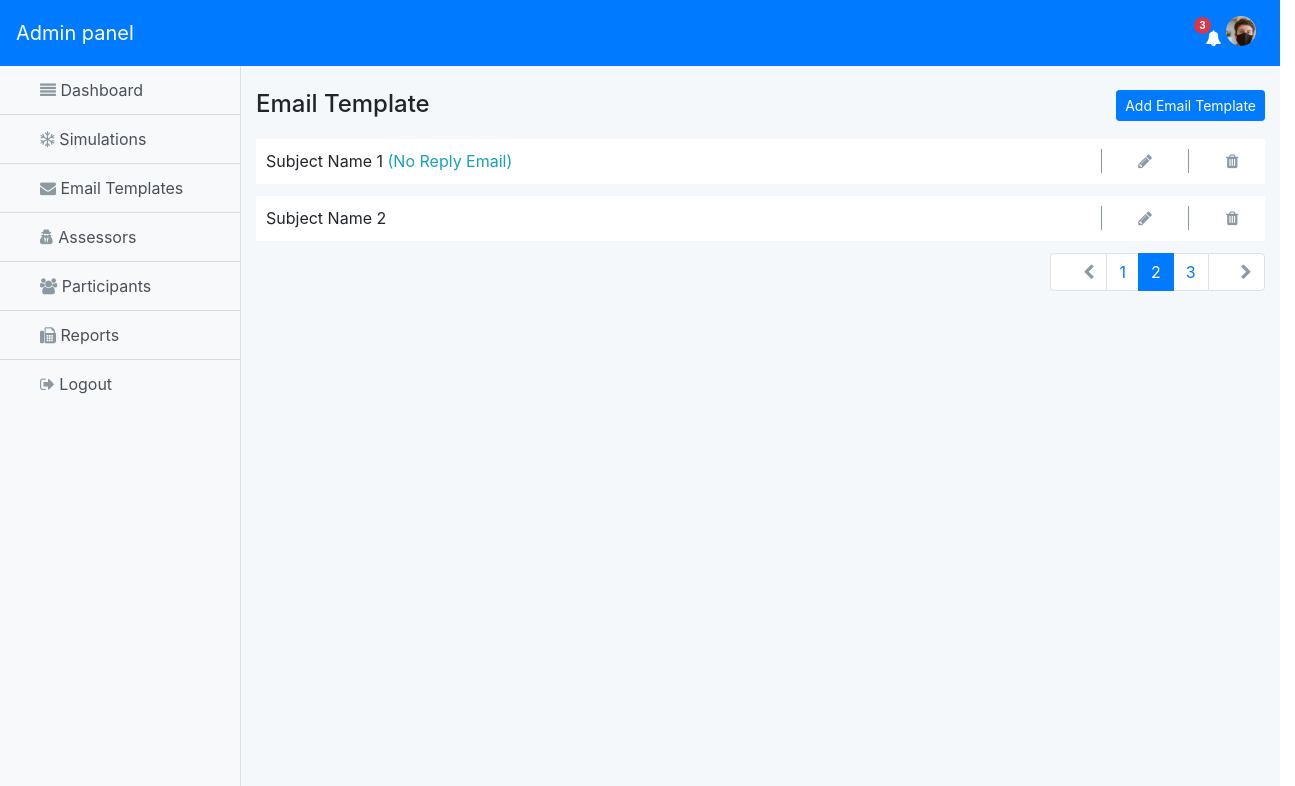
Repository: ejazsidhu/email-simulation-fe
Page: emailTemplate.html
An editor plug-in stored every save of this project. The page is shown before and after the next save, followed by the edit.
The browser window is 1280 px wide. The page is 1295 px wide, so the pictures cover 1295 px, including what lies to the right of the window. The pictures show the whole page.

Above is the page before, as saved 2020-08-25 20:17:49.
Console error: ReferenceError: $ is not defined

After the next save:
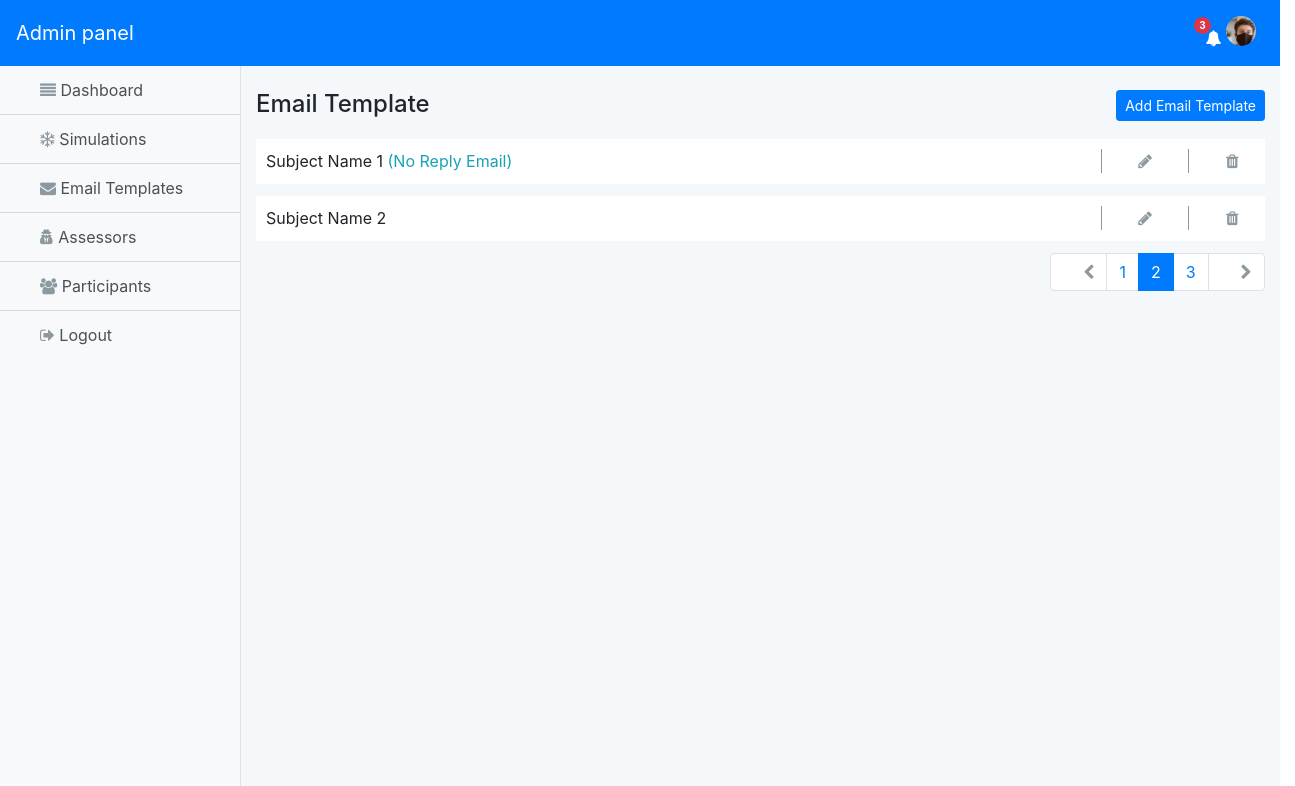
Saved 8 s later.
--- a/emailTemplate.html
+++ b/emailTemplate.html
@@ -150,9 +150,9 @@
         <a href="/participantListing.html" class="list-group-item list-group-item-action bg-light">
           <i class="fa fa-users" aria-hidden="true"></i>
           Participants</a>
-        <a href="#" class="list-group-item list-group-item-action bg-light">
+        <!-- <a href="#" class="list-group-item list-group-item-action bg-light">
           <i class="fa fa-fax" aria-hidden="true"></i>
-          Reports</a>
+          Reports</a> -->
         <a href="#" class="list-group-item list-group-item-action bg-light">
           <i class="fa fa-sign-out" aria-hidden="true"></i>
           Logout</a>
